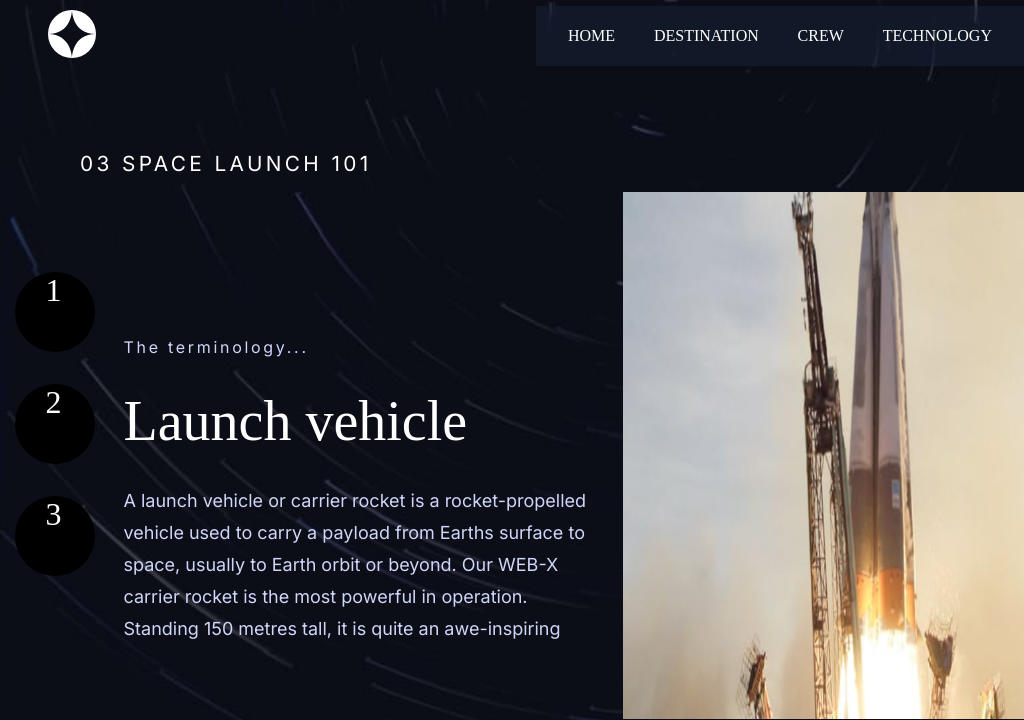
Repository: nilesjamex/space
Page: /Technology
These files come from the project's save history. The page is drawn as it stood at one moment and after the next save; the edit follows.
The browser window is 1024 px wide. The pictures show the whole page.
Some web fonts or font styles are not loaded; a fallback is used. The project was rebuilt for these pictures with package versions that can differ from the ones it lists, and the page was loaded fresh each time. The framework's server and built-in components were replaced by stand-ins that run in the browser. Also part of the build but not shown: next.config.js.

Above is the page before, as saved 2022-01-08 23:41:00.

After the next save:
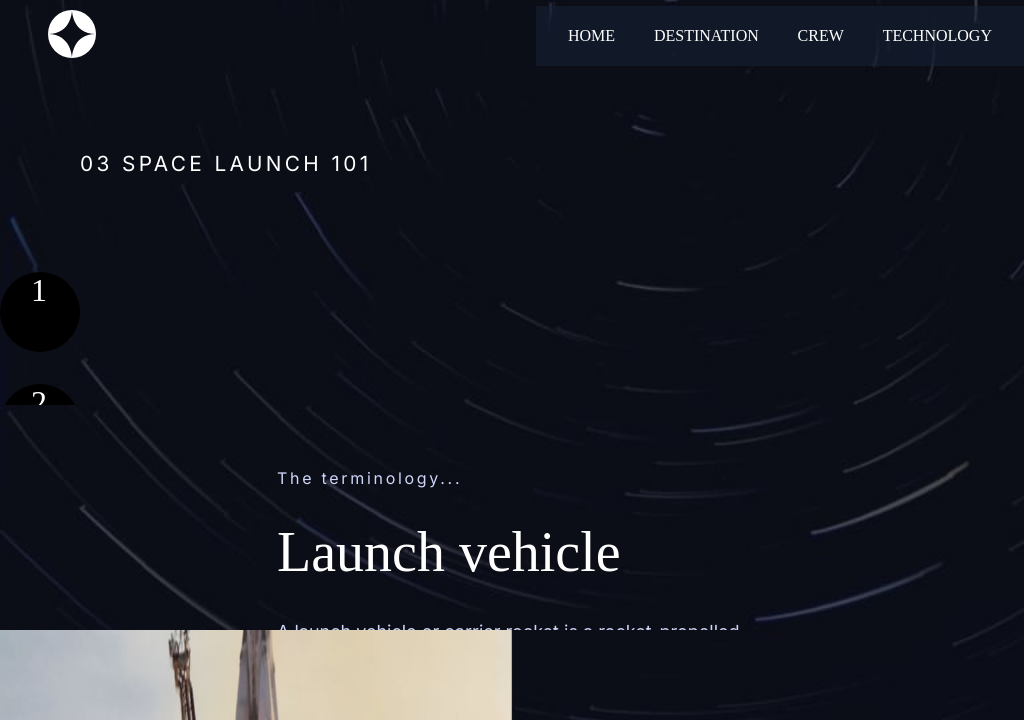
Saved 2 min 30 s later.
--- a/Components/Technology/Tech1/Tech.module.css
+++ b/Components/Technology/Tech1/Tech.module.css
@@ -64,3 +64,10 @@
 .imagediv {
     margin-right: -8rem;
 }
+
+@media screen and (max-width: 1024px) {
+    .techhome {
+        display: flex;
+        flex-direction: column;
+    }
+}
